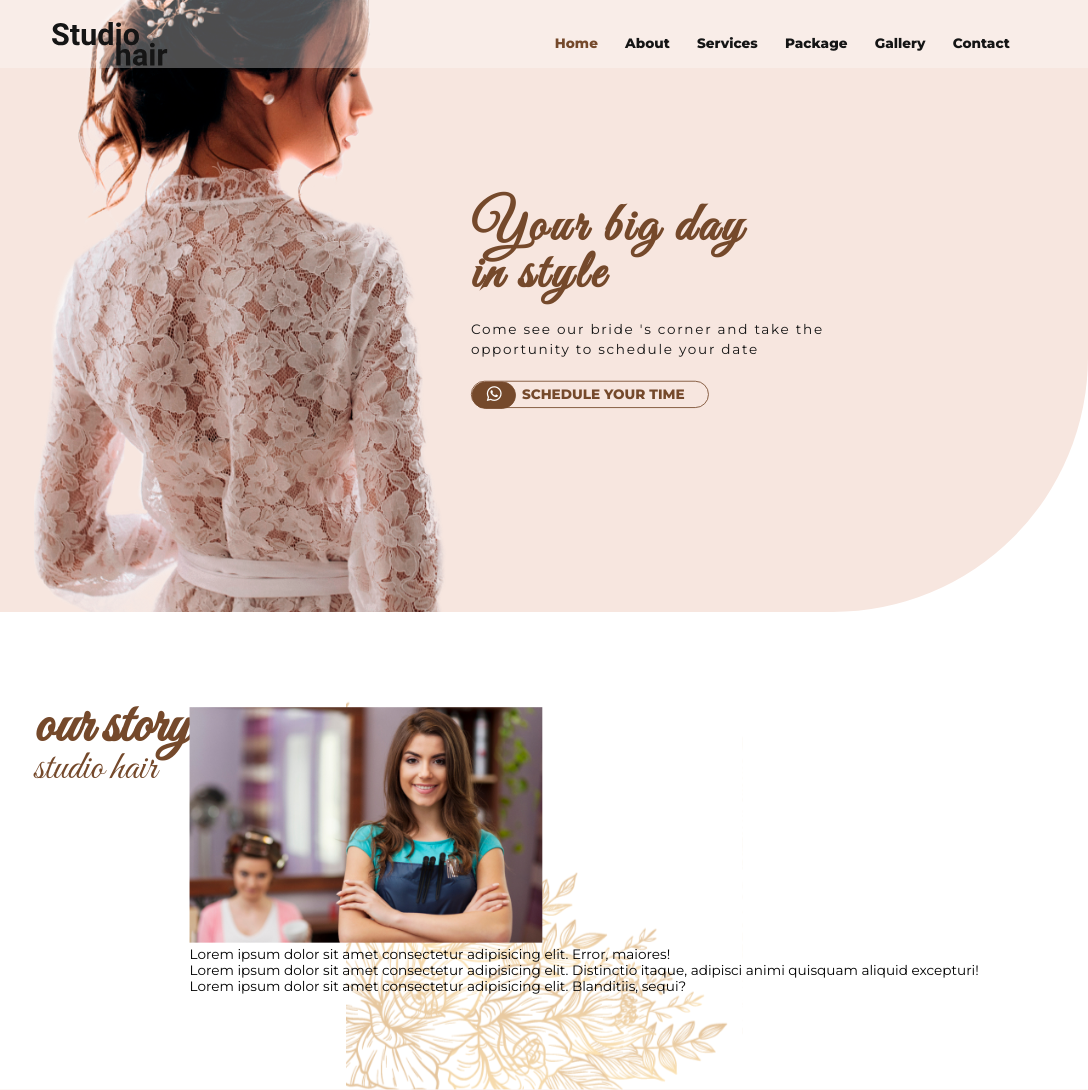
Repository: TuanHuflit2k1/clone-web01
Page: index.html
These files come from the project's save history. The page is drawn as it stood at one moment and after the next save; the edit follows.
The browser window is 1280 px wide. The pictures show the whole page, at 85% of full size.
Some web libraries are served in a nearby version.

Above is the page before, as saved 2022-04-28 11:08:35.

### index.html
<!DOCTYPE html>
<html lang="en">
  <head>
    <meta charset="UTF-8" />
    <meta http-equiv="X-UA-Compatible" content="IE=edge" />
    <meta name="viewport" content="width=device-width, initial-scale=1.0" />
    <title>Beauty Salon</title>
    <!-- css file -->
    <link rel="stylesheet" href="./style.css" />
    <!-- font awesomw CDN -->
    <link
      rel="stylesheet"
      href="https://cdnjs.cloudflare.com/ajax/libs/font-awesome/6.1.1/css/all.min.css"
      integrity="sha512-KfkfwYDsLkIlwQp6LFnl8zNdLGxu9YAA1QvwINks4PhcElQSvqcyVLLD9aMhXd13uQjoXtEKNosOWaZqXgel0g=="
      crossorigin="anonymous"
      referrerpolicy="no-referrer"
    />
  </head>
  <body>
    <!-- header -->
    <header class="header" id="header">
      <div class="navbar">
        <div class="logo">
          <img src="./img/logo.svg" alt="Logo" />
        </div>
        <nav class="nav-menu" id="nav-menu">
          <ul class="nav-list">
            <li><a href="#" class="nav-link active">home</a></li>
            <li><a href="#about" class="nav-link">about</a></li>
            <li><a href="#services" class="nav-link">services</a></li>
            <li><a href="#package" class="nav-link">package</a></li>
            <li><a href="#gallery" class="nav-link">gallery</a></li>
            <li><a href="#contact" class="nav-link">contact</a></li>
          </ul>
        </nav>
        <div class="nav-toggle" id="nav-toggle">
          <i class="fas fa-bars"></i>
        </div>
      </div>
    </header>
    <!-- end header -->
    <!-- start home section -->
    <section class="home">
      <div class="container">
        <div class="home-img">
          <img src="./img/home-img.png" />
        </div>
        <div class="home-content">
          <h1>Your big day<br /><span>in style</span></h1>
          <p>
            Come see our bride 's corner and take the opportunity to schedule
            your date
          </p>
          <a href="#" class="btn btn-outline">
            <i class="fab fa-whatsapp"></i>
            Schedule your time
          </a>
        </div>
      </div>
    </section>
    <!-- end section home -->
    <!-- start section about -->
    <section class="about" id="about">
      <div class="container">
        <div class="section-title">
          <h1>our story</h1>
          <span>studio hair</span>
        </div>
        <div class="about-detail">
          <div class="about-detal-content">
            <div class="about-img">
              <img src="./img/about-img.jpg" />
            </div>
            <div class="about-description">
              <p>
                Lorem ipsum dolor sit amet consectetur adipisicing elit. Error,
                maiores!
              </p>
              <p>
                Lorem ipsum dolor sit amet consectetur adipisicing elit.
                Distinctio itaque, adipisci animi quisquam aliquid excepturi!
              </p>
              <p>
                Lorem ipsum dolor sit amet consectetur adipisicing elit.
                Blanditiis, sequi?
              </p>
            </div>
          </div>
        </div>
      </div>
    </section>
    <!-- link js -->
    <script src="./main.js"></script>
  </body>
</html>

### style.css
/* font */
@import url("https://fonts.googleapis.com/css2?family=Great+Vibes&family=Montserrat:wght@300;400;600;800&display=swap");
:root {
  --header-height: 5rem;
  --main-color: #f7e6df;
  --first-color: #75492b;
  --secon-color: #dfd6a7;
  --white-color: #fff;
  --black-color: #151515;

  --font-cursive: "Great Vibes", cursive;
  --font-body: "Montserrat", sans-serif;

  --big-font-size: 3rem;
  --h1-font-size: 2.25rem;
  --h2-font-size: 1.5rem;
  --h3-font-size: 1.25rem;
  --normal-font-size: 1rem;
  --small-font-size: 0.813rem;
}
* {
  box-sizing: border-box;
  margin: 0;
  padding: 0;
  text-decoration: none;
  list-style: none;
  outline: none;
  border: none;
}
html {
  scroll-behavior: smooth;
}
body {
  background-color: var(--white-color);
  font-size: var(--normal-font-size);
  font-family: var(--font-body);
  overflow-x: hidden;
}
/* button */
.btn {
  width: 240px;
  display: flex;
  align-items: center;
  justify-content: center;
  text-align: center;
  background-color: var(--first-color);
  color: var(--white-color);
  border: 1px solid var(--first-color);
  border-radius: 50px;
  font-size: var(--normal-font-size);
  font-weight: bold;
  text-transform: uppercase;
  line-height: 1rem;
  padding: 10px 20px;
  cursor: pointer;
  transition: all 0.4s ease;
}
.btn:hover {
  background-color: transparent;
  color: var(--first-color);
}
.btn-outline {
  width: 280px;
  background-color: transparent;
  color: var(--first-color);
  padding: 5px 10px 5px 0;
  transition: all 0.4s ease;
  position: relative;
}
.btn-outline::before {
  content: "";
  position: absolute;
  top: 0;
  left: 0;
  width: 18%;
  height: 100%;
  background-color: var(--first-color);
  border: 1px solid var(--first-color);
  border-radius: 50px;
  transition: all 0.4s ease-in-out;
}
.btn-outline i {
  margin-right: 1.5rem;
  font-size: var(--h3-font-size);
  color: var(--white-color);
  z-index: 10;
}
.btn-outline:hover::before {
  width: 100%;
  z-index: -1;
}
.btn-outline:hover {
  color: var(--white-color);
  z-index: 10;
}
/* end button */
.header {
  position: fixed;
  top: 0;
  left: 0;
  right: 0;
  height: var(--header-height);
  background-color: rgba(255, 255, 255, 0.3);
  z-index: 10000;
  transition: all 0.4s ease;
}
.scroll-header {
  background-color: var(--white-color);
  box-shadow: 0 4px 6px rgba(0, 0, 0, 0.1);
}
.navbar {
  width: 100%;
  max-width: 1200px;
  margin: 0 auto;
  display: flex;
  justify-content: space-between;
  align-items: center;
  padding: 20px;
}
.nav-menu .nav-list {
  display: flex;
}
.nav-menu li {
  margin-right: 2rem;
}
.nav-link {
  font-size: var(--normal-font-size);
  color: var(--black-color);
  font-weight: bold;
  text-transform: capitalize;
  position: relative;
  transition: all 0.4s ease;
}
.nav-link::before {
  content: "";
  position: absolute;
  width: 0;
  left: 0;
  bottom: 0;
  height: 2px;
  background-color: var(--first-color);
  transition: all 0.4s ease-in-out;
}
.nav-link:hover::before {
  width: 100%;
}
.nav-link:hover,
.nav-link.active {
  color: var(--first-color);
}
.nav-toggle {
  font-size: var(--h1-font-size);
  padding: 5px 5px 0;
  border: 2px solid transparent;
  cursor: pointer;
  z-index: 100;
  display: none;
}
.nav-toggle:hover {
  color: var(--first-color);
  border: 2px solid var(--first-color);
}
/* Start Home Section */
.home {
  width: 100%;
  height: 100vh;
  background-color: var(--main-color);
  border-radius: 0 0 300px 0;
}
.home .container {
  max-width: 1200px;
  margin: 0 auto;
  display: flex;
  flex-wrap: wrap;
}
.home .home-img img {
  max-width: 100%;
  height: 100%;
}
.home .home-content {
  width: 40%;
  height: 100vh;
  display: flex;
  flex-direction: column;
  align-items: flex-start;
  justify-content: center;
}
.home-content h1 {
  font-family: var(--font-cursive);
  font-size: 4rem;
  line-height: 3.5rem;
  letter-spacing: 4px;
  color: var(--first-color);
  margin-bottom: 1.5rem;
}
.home-content p {
  font-weight: 400;
  line-height: 1.5rem;
  letter-spacing: 2px;
  color: var(--black-color);
  margin-bottom: 1.5rem;
}

/* End Home Section */
/* start about section */
.about {
  width: 100%;
  padding: 7rem 0;
  background-image: url(./img/arabesque-left-bottom.svg);
  background-repeat: no-repeat;
  background-position: bottom center;
  z-index: -1;
}
.about .container {
  max-width: 1200px;
  margin: 0 auto;
  display: flex;
  flex-wrap: wrap;
}
.section-title {
  font-family: var(--font-cursive);
  font-size: var(--big-font-size);
  font-weight: 400;
  line-height: 3rem;
  color: var(--first-color);
}
@media (max-width: 920px) {
  .nav-menu {
    position: absolute;
    top: 0;
    right: 0;
    width: 0;
    height: 100vh;
    background-color: var(--main-color);
    font-size: var(--h2-font-size);
    text-align: center;
    text-transform: capitalize;
    padding-top: var(--header-height);
    box-shadow: 0 0 5px rgba(0, 0, 0, 0.4);
    transition: all 0.4s ease-in-out;
  }
  .show-nav {
    width: 60%;
  }
  .nav-menu .nav-list {
    display: block;
  }
  .nav-menu li {
    padding: 15px 0;
  }
  .nav-link {
    font-size: var(--h3-font-size);
  }
  .nav-toggle {
    display: block;
  }
  .home .home-img img {
    display: none;
  }
  .home .home-content {
    width: 100%;
    height: 100vh;
    display: flex;
    justify-content: center;
    align-items: center;
  }
  .home-content h1 {
    font-size: var(--big-font-size);
  }
  .home-content p {
    padding: 0 2rem;
  }
}

### main.js
//Show Navbar
const nav = document.querySelector(".nav-menu");
const toggle = document.querySelector(".nav-toggle");
toggle.onclick = () => {
  nav.classList.toggle("show-nav");
};
//Remove bar
const navLink = document.querySelectorAll(".nav-link");
function linkAction() {
  nav.classList.remove("show-nav");
}
navLink.forEach((n) => n.addEventListener("click", linkAction));
//change active color
function colorLink() {
  if (navLink) {
    navLink.forEach((n) => n.classList.remove("active"));
    this.classList.add("active");
  }
}
navLink.forEach((l) => l.addEventListener("click", colorLink));

After the next save:
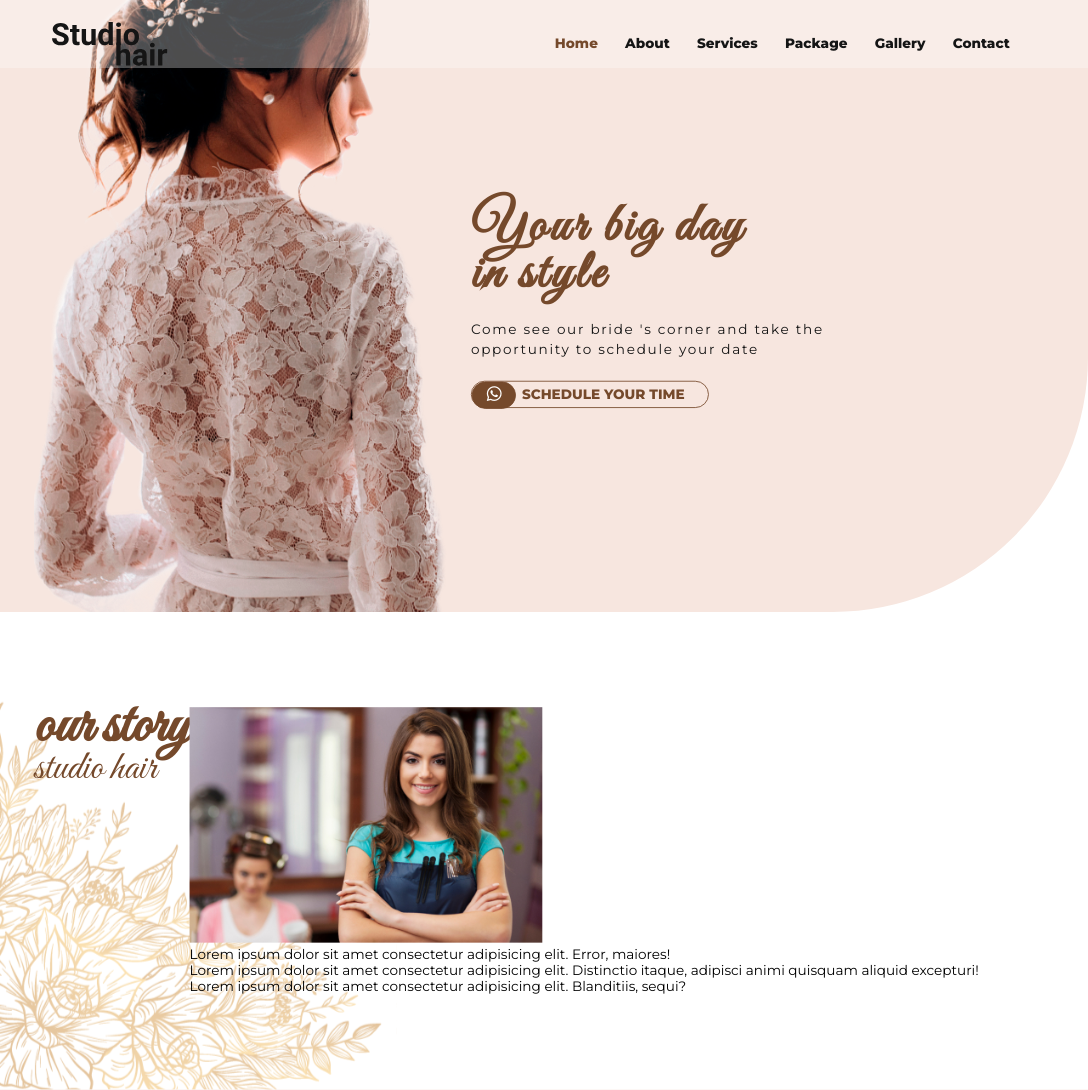
Saved 55 s later.
--- a/style.css
+++ b/style.css
@@ -208,7 +208,7 @@ body {
   padding: 7rem 0;
   background-image: url(./img/arabesque-left-bottom.svg);
   background-repeat: no-repeat;
-  background-position: bottom center;
+  background-position: bottom left;
   z-index: -1;
 }
 .about .container {
